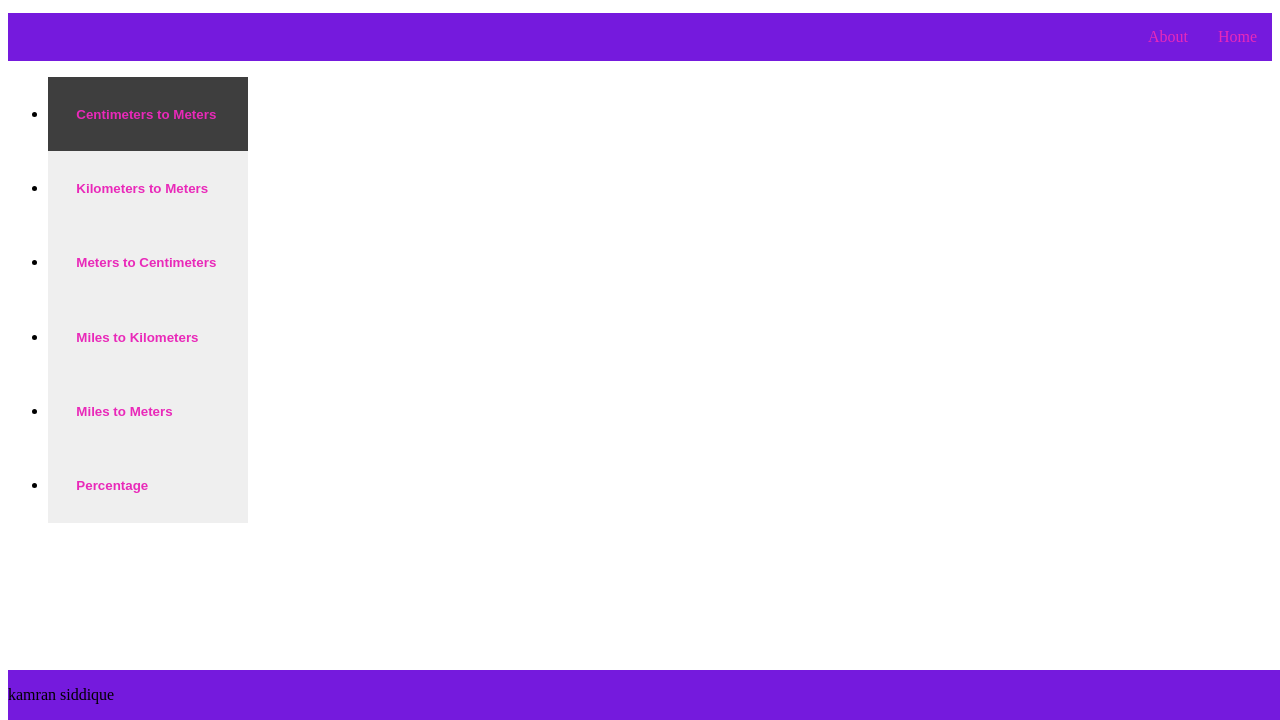
Repository: Kamrangujjar85112/Length-Converter
Page: html/home.html
The author's editor kept a copy of each file at every save. The page is drawn from the files as they stood at one save, then again after the next save.
The browser window is 1280 px wide. The pictures show the whole page.
The pointer rests on the first visible `button`.

Above is the page before, as saved 2022-01-21 02:58:33.

### html/home.html
<!-- home -->
<!DOCTYPE html>
<html lang="en">
<head>
    <meta charset="UTF-8">
    <meta http-equiv="X-UA-Compatible" content="IE=edge">
    <meta name="viewport" content="width=device-width, initial-scale=1.0">
    <title>Home</title>
    <link rel="stylesheet" href="../css/style.css">

</head>
<body>
   <div class="header">
        <nav>
            <ul class="nav-ul">
                <li class="nav-li"><a href="#home">Home</a></li>
                <li class="nav-li"><a href="#about">About</a></li>
            </ul>
        </nav>
   </div>
   <div class="container">
       <ul>
           <li class="link">
               <button><a href="cm_km.html">Centimeters to Meters</a></button>
           </li>
           <li class="link">
               <button><a href="km_m.html">Kilometers to Meters</a></button>
           </li>
           <li class="link">
               <button><a href="m_cm.html">Meters to Centimeters</a></button>
           </li>
           <li class="link">
               <button><a href="mi_km.html">Miles to Kilometers</a></button>
           </li>
           <li class="link">
               <button><a href="mi_m.html">Miles to Meters</a></button>
           </li>
           <li class="link">
               <button><a href="percentage.html">Percentage</a></button>
           </li>
       </ul>
   </div>
   <div class="footer">
        <p>kamran siddique</p>
   </div>



</body>
</html>

### css/style.css
  body{
    padding-top: 5px;
    padding-bottom: 40px;
}
.header{
    top: 0;
    width: 100%;
    margin: 0;
    position: relative;

}
.nav-ul{
    list-style-type: none;
    margin: 0;
    padding: 0;
    overflow: hidden;
    background: rgb(117, 26, 221);
  }

  .nav-li {
    float: right;
    align-items: inherit;
  }

  li a {
    display: block;
    color: rgb(233, 41, 185);
    text-align:justify;
    padding: 15px 15px;
    text-decoration: none;
  }
  button {
	border: none;
	padding: 1.1em 1em;
	font-weight:bold;
	border-radius: 0px;
width:200px
}

button:hover {
	background: #3E3E3E;
}


  /* Change the link color to #111 (black) on hover */
  li a:hover {
    background-color: #CA7E6F;
  }
.footer{
    bottom: 0;
    width: 100%;
    margin: 0;
    padding: 0;
    position: fixed;
    overflow: hidden;
    background: rgb(117, 26, 221);
}
/* Some more styles to beutify this example */

After the next save:
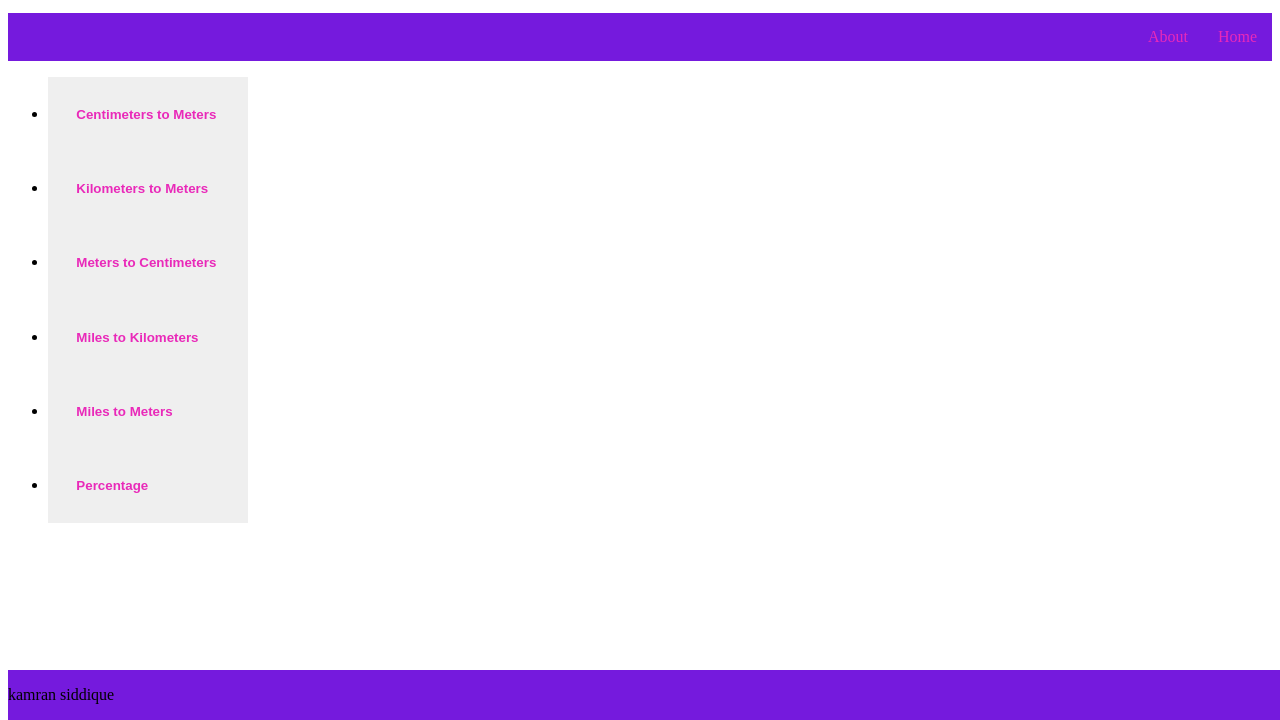
Saved 33 s later.
--- a/css/style.css
+++ b/css/style.css
@@ -37,10 +37,6 @@
 width:200px
 }
 
-button:hover {
-	background: #3E3E3E;
-}
-
 
   /* Change the link color to #111 (black) on hover */
   li a:hover {
